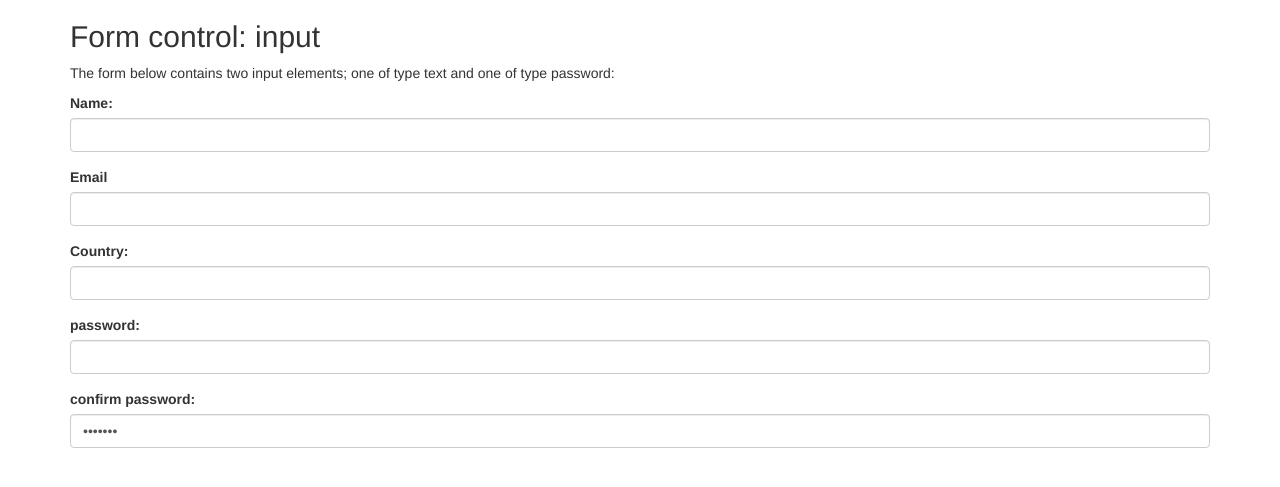
Repository: suvarsha/cognizant-projects
Page: BootStramp1/WebContent/register.html
These files come from the project's save history. The page is drawn as it stood at one moment and after the next save; the edit follows.
The browser window is 1280 px wide. The pictures show the whole page.

Above is the page before, as saved 2020-01-20 04:15:26.

After the next save:
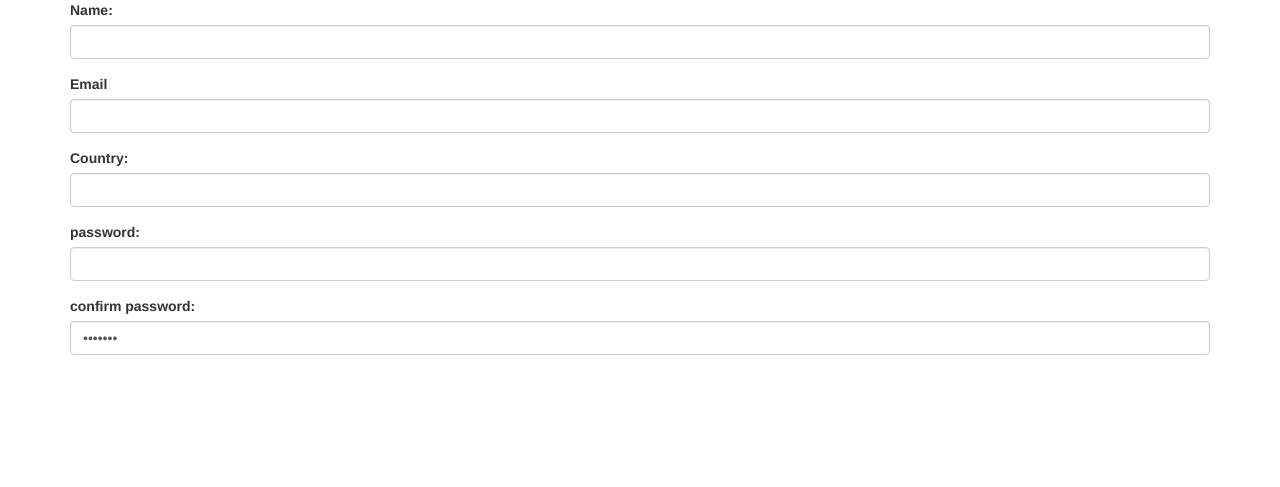
Saved 4 min 15 s later.
--- a/BootStramp1/WebContent/register.html
+++ b/BootStramp1/WebContent/register.html
@@ -11,8 +11,6 @@
 <body>
 
 <div class="container">
-  <h2>Form control: input</h2>
-  <p>The form below contains two input elements; one of type text and one of type password:</p>
   <form>
     <div class="form-group">
       <label for="usr">Name:</label>
